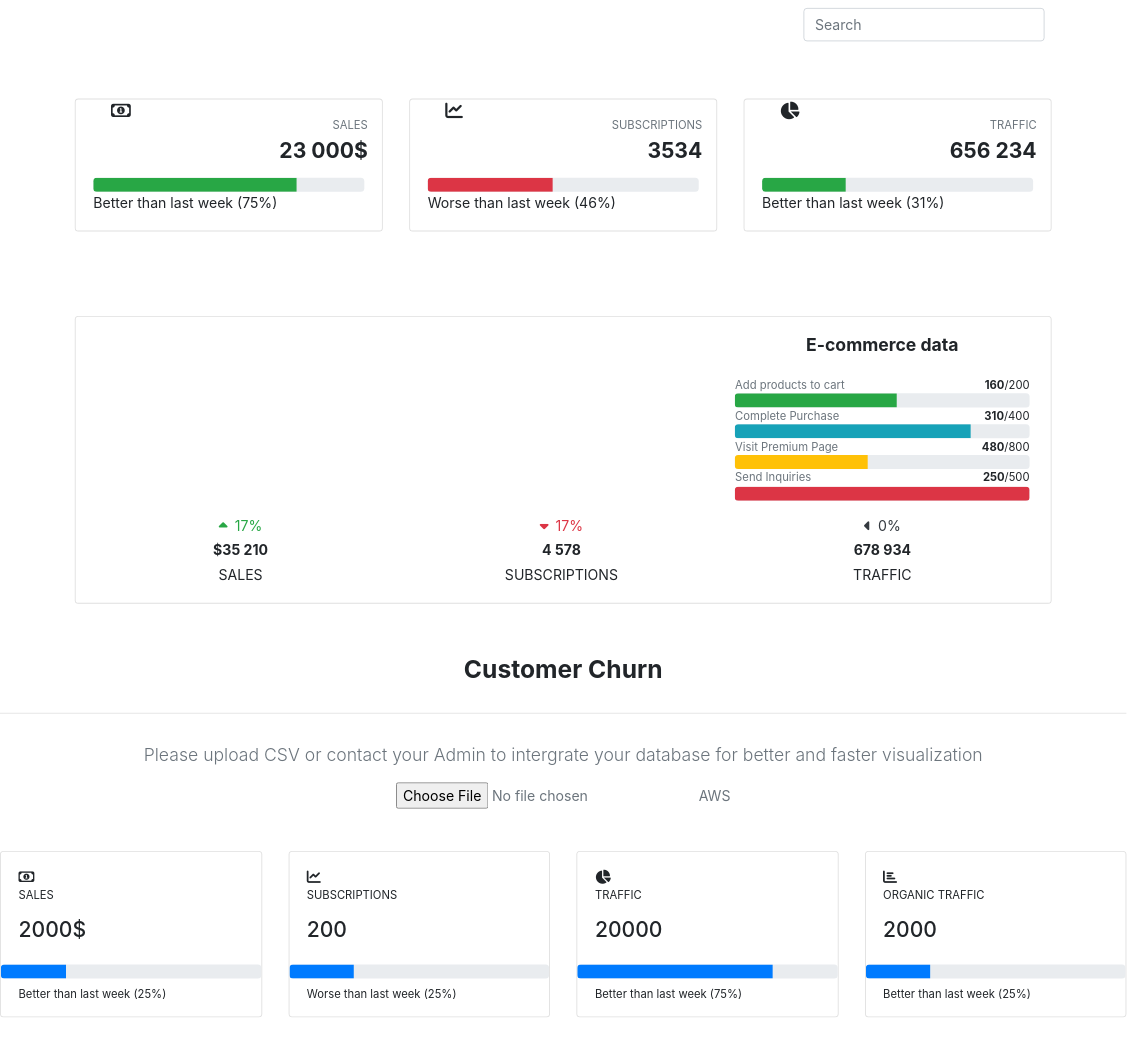
Repository: Tookliin/DigiTech
Page: /profile
These files come from the project's save history. The page is drawn as it stood at one moment and after the next save; the edit follows.
The browser window is 1280 px wide. The page is 1295 px wide, so the pictures cover 1295 px, including what lies to the right of the window. The pictures show the whole page, at 88% of full size.
The project was rebuilt for these pictures with package versions that can differ from the ones it lists, and the page was loaded fresh each time. Also part of the build but not shown: src/components/Dashboard.vue, src/components/Error.vue.

Above is the page before, as saved 2020-07-21 21:55:15.

### src/main.js
import Vue from 'vue';
import App from './App.vue';
import VueRouter from 'vue-router';
// import 'bootstrap-icons';
// import 'bootstrap-icons/icons';
import 'jquery';
import 'popper.js';
import 'bootstrap';
import 'bootstrap/dist/css/bootstrap.min.css';
import './assets/css/main.css';
import '@fortawesome/fontawesome-free/css/all.min.css';
import 'bootstrap-css-only/css/bootstrap.min.css';
import Dashboard from './components/Dashboard.vue';
import Profile from './components/Profile';
import Error from './components/Error.vue';

Vue.use(VueRouter);
Vue.config.productionTip = false

const router = new VueRouter({
routes: [
  {path: '/', component: Dashboard},
  {path: '/profile', component: Profile},
  {path: '*', component: Error}
],
mode: 'history'
});
new Vue({
  router,
  render: h => h(App)
}).$mount('#app');

### src/App.vue
<template>
  <div id="app">
    <main class="">
        <!--Navbar-->
  <nav class="navbar navbar-expand-lg navbar-dark fixed-top scrolling-navbar">
    <div class="container">
      <a class="navbar-brand" href="#">
        <strong>MDB</strong>
      </a>
      <button class="navbar-toggler" type="button" data-toggle="collapse" data-target="#navbarSupportedContent-7"
        aria-controls="navbarSupportedContent-7" aria-expanded="false" aria-label="Toggle navigation">
        <span class="navbar-toggler-icon"></span>
      </button>
      <div class="collapse navbar-collapse" id="navbarSupportedContent-7">
        <ul class="navbar-nav mr-auto">
          <li class="nav-item active">
            <a class="nav-link" href="#">Home
              <span class="sr-only">(current)</span>
            </a>
          </li>
          <li class="nav-item">
            <a class="nav-link" href="#">Link</a>
          </li>
          <li class="nav-item">
            <a class="nav-link" href="#">Profile</a>
          </li>
        </ul>
        <form class="form-inline">
          <div class="md-form my-0">
            <input class="form-control mr-sm-2" type="text" placeholder="Search" aria-label="Search">
          </div>
        </form>
      </div>
    </div>
  </nav>
    </main>
    <router-view/>
  </div>
</template>
<script>
export default {
  name: "App",
  components:{

  },
  data(){
    return{}
  }
}
</script>

### src/assets/css/main.css
html,
body,
header,
.view {
  height: 100%;
}

@media (max-width: 740px) {
  html,
  body,
  header,
  .view {
    height: 1200px;
  }
}
@media (min-width: 800px) and (max-width: 850px) {
  html,
  body,
  header,
  .view {
    height: 700px;
  }
}

.top-nav-collapse {
  background-color: #39448c !important;
}

.navbar:not(.top-nav-collapse) {
  background: transparent !important;
}

@media (max-width: 991px) {
 .navbar:not(.top-nav-collapse) {
  background: #39448c !important;
 }
}

h6 {
  line-height: 1.7;
}

### src/components/Profile.vue
<template>

<div class="">
<div class="profile" style="height: 100vh;">

<div class="container ">
    <div class="row">
      <div class="col-lg-4 col-md-12 py-5 my-5">
        <div class="card mt-3">

          <div class="">
            <i class="far fa-money-bill-alt fa-lg primary-color z-depth-2 p-4 ml-3 mt-n3 rounded text-black"></i>
            <div class="float-right text-right p-3">
              <p class="text-uppercase text-muted mb-1"><small>sales</small></p>
              <h4 class="font-weight-bold mb-0">23 000$</h4>
            </div>
          </div>

          <div class="card-body pt-0">
            <div class="progress md-progress">
              <div class="progress-bar bg-success" role="progressbar" style="width: 75%" aria-valuenow="75" aria-valuemin="0"
                aria-valuemax="100"></div>
            </div>
            <p class="card-text">Better than last week (75%)</p>
          </div>
        </div>
      </div>

      <div class="col-lg-4 col-md-6 my-5 py-5">
        <div class="card mt-3">
          <div class="">
            <i class="fas fa-chart-line fa-lg teal z-depth-2 p-4 ml-3 mt-n3 rounded text-black"></i>
            <div class="float-right text-right p-3">
              <p class="text-uppercase text-muted mb-1"><small>subscriptions</small></p>
              <h4 class="font-weight-bold mb-0">3534</h4>
            </div>
          </div>
          <div class="card-body pt-0">
            <div class="progress md-progress">
              <div class="progress-bar bg-danger" role="progressbar" style="width: 46%" aria-valuenow="46" aria-valuemin="0"
                aria-valuemax="100"></div>
            </div>
            <p class="card-text">Worse than last week (46%)</p>
          </div>
        </div>
      </div>

      <div class="col-lg-4 col-md-6 my-5 py-5">
        <div class="card mt-3">
          <div class="">
            <i class="fas fa-chart-pie fa-lg purple z-depth-2 p-4 ml-3 mt-n3 rounded text-black"></i>
            <div class="float-right text-right p-3">
              <p class="text-uppercase text-muted mb-1"><small>traffic</small></p>
              <h4 class="font-weight-bold mb-0">656 234</h4>
            </div>
          </div>
          <div class="card-body pt-0">
            <div class="progress md-progress">
              <div class="progress-bar bg-success" role="progressbar" style="width: 31%" aria-valuenow="31" aria-valuemin="0"
                aria-valuemax="100"></div>
            </div>
            <p class="card-text">Better than last week (31%)</p>
          </div>
        </div>
      </div>
    </div>


    <!-- Client Behaviour -->
 <section>
      <div class=" client-card card">
        <div class="card-body mr-md-1">
          <div class="row mb-3">
            <div class="col-md-8 mb-4">
              <canvas id="barChart" height="100"></canvas>
            </div>
            <div class="col-md-4 mb-1 mb-md-0">
              <h5 class="text-center font-weight-bold mb-4">E-commerce data</h5>
              <div class="d-flex justify-content-between">
                <small class="text-muted">Add products to cart</small>
                <small><span><strong>160</strong></span>/<span></span>200</small>
              </div>
              <div class="progress md-progress">
                <div class="progress-bar bg-success" role="progressbar" style="width: 55%" aria-valuenow="55"
                  aria-valuemin="0" aria-valuemax="100"></div>
              </div>
              <div class="d-flex justify-content-between">
                <small class="text-muted">Complete Purchase</small>
                <small><span><strong>310</strong></span>/<span></span>400</small>
              </div>
              <div class="progress md-progress">
                <div class="progress-bar bg-info" role="progressbar" style="width: 80%" aria-valuenow="80"
                  aria-valuemin="0" aria-valuemax="100"></div>
              </div>
              <div class="d-flex justify-content-between">
                <small class="text-muted">Visit Premium Page</small>
                <small><span><strong>480</strong></span>/<span></span>800</small>
              </div>
              <div class="progress md-progress">
                <div class="progress-bar bg-warning" role="progressbar" style="width: 45%" aria-valuenow="45"
                  aria-valuemin="0" aria-valuemax="100"></div>
              </div>
              <div class="d-flex justify-content-between">
                <small class="text-muted">Send Inquiries</small>
                <small><span><strong>250</strong></span>/<span></span>500</small>
              </div>
              <div class="progress md-progress">
                <div class="progress-bar bg-danger" role="progressbar" style="width: 100%" aria-valuenow="100"
                  aria-valuemin="0" aria-valuemax="100"></div>
              </div>
            </div>
          </div>
          <div class="row text-center">
            <div class="col-md-4 mb-4 mb-md-0">
              <p class="text-success mb-1"><i class="fas fa-caret-up mr-2"></i>17%</p>
              <p class="font-weight-bold mb-1">$35 210</p>
              <p class="text-uppercase mb-md-0">Sales</p>
            </div>
            <div class="col-md-4 mb-4 mb-md-0">
              <p class="text-danger mb-1"><i class="fas fa-caret-down mr-2"></i>17%</p>
              <p class="font-weight-bold mb-1">4 578</p>
              <p class="text-uppercase mb-md-0">Subscriptions</p>
            </div>
            <div class="col-md-4 mb-0">
              <p class="text-dark mb-1"><i class="fas fa-caret-left mr-2"></i>0%</p>
              <p class="font-weight-bold mb-1">678 934</p>
              <p class="text-uppercase mb-0">Traffic</p>
            </div>
          </div>
        </div>
      </div>
    </section>






    </div>
    </div>

<!-- Customer Churn -->
<section class=" customer-churn py-4">

    <h3 class="font-weight-bold text-center dark-grey-text pb-2">
        Customer Churn</h3>
    <hr class="w-header my-4">
    <p class="lead text-center text-muted pt-2 mb-3">Please upload CSV or contact your Admin to intergrate your database for better and faster visualization

    </p>

    <div class="text-center text-muted mb-5">
        <input type="file" name="form" id="form">
        <a class="primary-color">AWS</a>
    </div>


    <div class="row white-text">
      <div class="col-xl-3 col-md-6 mb-4">
        <div class="sales card classic-admin-card primary-color">
          <div class="card-body py-3">
            <i class="far fa-money-bill-alt"></i>
            <p class="small">SALES</p>
            <h4>2000$</h4>
          </div>
          <div class="progress md-progress">
            <div class="progress-bar grey darken-3" role="progressbar" style="width: 25%" aria-valuenow="25" aria-valuemin="0" aria-valuemax="100"></div>
          </div>
          <div class="card-body pt-2 pb-3">
            <p class="small mb-0">Better than last week (25%)</p>
          </div>
        </div>
      </div>

      <div class="col-xl-3 col-md-6 mb-4">
        <div class="subscription card classic-admin-card warning-color">
          <div class="card-body py-3">
            <i class="fas fa-chart-line"></i>
            <p class="small">SUBSCRIPTIONS</p>
            <h4>200</h4>
          </div>
          <div class="progress md-progress">
            <div class="progress-bar bg grey darken-3" role="progressbar" style="width: 25%" aria-valuenow="25" aria-valuemin="0" aria-valuemax="100"></div>
          </div>
          <div class="card-body pt-2 pb-3">
            <p class="small mb-0">Worse than last week (25%)</p>
          </div>
        </div>
      </div>

      <div class="col-xl-3 col-md-6 mb-4">
        <div class="traffic card classic-admin-card light-blue lighten-1">
          <div class="card-body py-3">
            <i class="fas fa-chart-pie"></i>
            <p class="small">TRAFFIC</p>
            <h4>20000</h4>
          </div>
          <div class="progress md-progress">
            <div class="progress-bar grey darken-3" role="progressbar" style="width: 75%" aria-valuenow="75" aria-valuemin="0" aria-valuemax="100"></div>
          </div>
          <div class="card-body pt-2 pb-3">
            <p class="small mb-0">Better than last week (75%)</p>
          </div>
        </div>
      </div>

      <div class="col-xl-3 col-md-6 mb-4">
        <div class="organic card classic-admin-card red accent-2">
          <div class="card-body py-3">
            <i class="fas fa-chart-bar"></i>
            <p class="small">ORGANIC TRAFFIC</p>
            <h4>2000</h4>
          </div>
          <div class="progress md-progress">
            <div class="progress-bar grey darken-3" role="progressbar" style="width: 25%" aria-valuenow="25" aria-valuemin="0" aria-valuemax="100"></div>
          </div>
          <div class="card-body pt-2 pb-3">
            <p class="small mb-0">Better than last week (25%)</p>
          </div>
        </div>
      </div>
    </div>
  </section>


    </div>
</template>
<script>
export default {
    name: 'Profile',
    props:{

    }, data() {
        return {
myBarChart: ""




        }
    },
    mounted() {

    this.ctxB = document.getElementById("barChart").getContext('2d');
    this.myBarChart =  {
      type: 'bar',
      data: {
        labels: ["Red", "Blue", "Yellow", "Green", "Purple", "Orange"],
        datasets: [{
          label: '# of Votes',
          data: [12, 19, 3, 5, 2, 3],
          backgroundColor: [
            'rgba(255, 99, 132, 0.2)',
            'rgba(54, 162, 235, 0.2)',
            'rgba(255, 206, 86, 0.2)',
            'rgba(75, 192, 192, 0.2)',
            'rgba(153, 102, 255, 0.2)',
            'rgba(255, 159, 64, 0.2)'
          ],
          borderColor: [
            'rgba(255,99,132,1)',
            'rgba(54, 162, 235, 1)',
            'rgba(255, 206, 86, 1)',
            'rgba(75, 192, 192, 1)',
            'rgba(153, 102, 255, 1)',
            'rgba(255, 159, 64, 1)'
          ],
          borderWidth: 1
        }]
      },
      options: {
        scales: {
          yAxes: [{
            ticks: {
              beginAtZero: true
            }
          }]
        }
      }
    };
    },
    methods: {

    },
}
</script>

Loaded but not shown: public/index.html (common file)

After the next save:
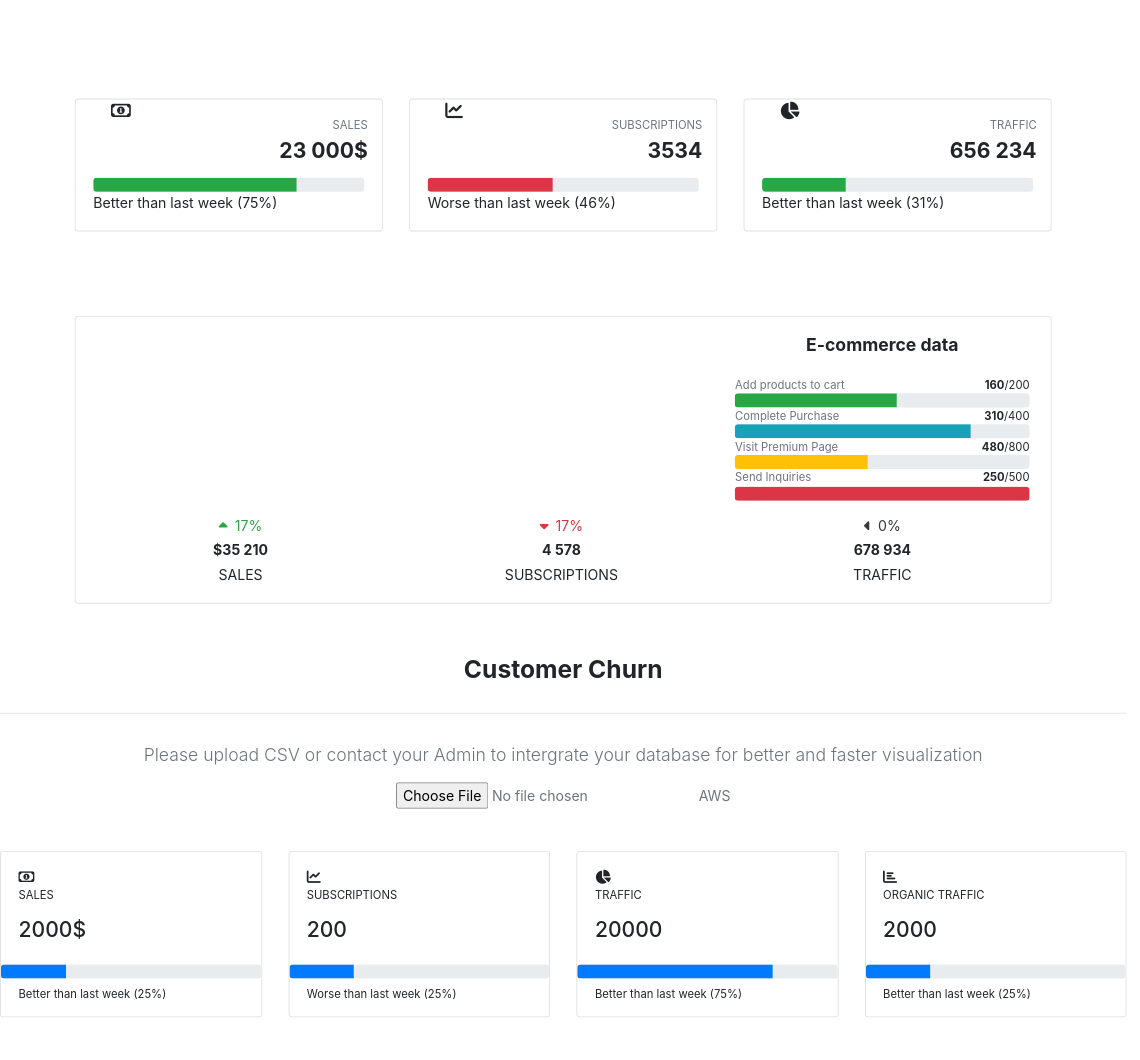
Saved 3 min 22 s later.
--- a/src/App.vue
+++ b/src/App.vue
@@ -1,38 +1,25 @@
 <template>
   <div id="app">
     <main class="">
-        <!--Navbar-->
-  <nav class="navbar navbar-expand-lg navbar-dark fixed-top scrolling-navbar">
-    <div class="container">
-      <a class="navbar-brand" href="#">
-        <strong>MDB</strong>
-      </a>
-      <button class="navbar-toggler" type="button" data-toggle="collapse" data-target="#navbarSupportedContent-7"
-        aria-controls="navbarSupportedContent-7" aria-expanded="false" aria-label="Toggle navigation">
-        <span class="navbar-toggler-icon"></span>
-      </button>
-      <div class="collapse navbar-collapse" id="navbarSupportedContent-7">
-        <ul class="navbar-nav mr-auto">
-          <li class="nav-item active">
-            <a class="nav-link" href="#">Home
-              <span class="sr-only">(current)</span>
-            </a>
-          </li>
-          <li class="nav-item">
-            <a class="nav-link" href="#">Link</a>
-          </li>
-          <li class="nav-item">
-            <a class="nav-link" href="#">Profile</a>
-          </li>
-        </ul>
-        <form class="form-inline">
-          <div class="md-form my-0">
-            <input class="form-control mr-sm-2" type="text" placeholder="Search" aria-label="Search">
-          </div>
-        </form>
-      </div>
-    </div>
-  </nav>
+  <nav class="navbar fixed-top navbar-expand-lg navbar-dark scrolling-navbar">
+        <a class="navbar-brand" href="#"><strong>Navbar</strong></a>
+        <button class="navbar-toggler" type="button" data-toggle="collapse" data-target="#navbarSupportedContent" aria-controls="navbarSupportedContent" aria-expanded="false" aria-label="Toggle navigation">
+            <span class="navbar-toggler-icon"></span>
+        </button>
+        <div class="collapse navbar-collapse" id="navbarSupportedContent">
+            <ul class="navbar-nav mr-auto">
+                <li class="nav-item active">
+                    <a class="nav-link" href="#">Home <span class="sr-only">(current)</span></a>
+                </li>
+                <li class="nav-item">
+                    <a class="nav-link" href="#">Link</a>
+                </li>
+                <li class="nav-item">
+                    <a class="nav-link" href="#">Profile</a>
+                </li>
+            </ul>
+        </div>
+    </nav>
     </main>
     <router-view/>
   </div>
